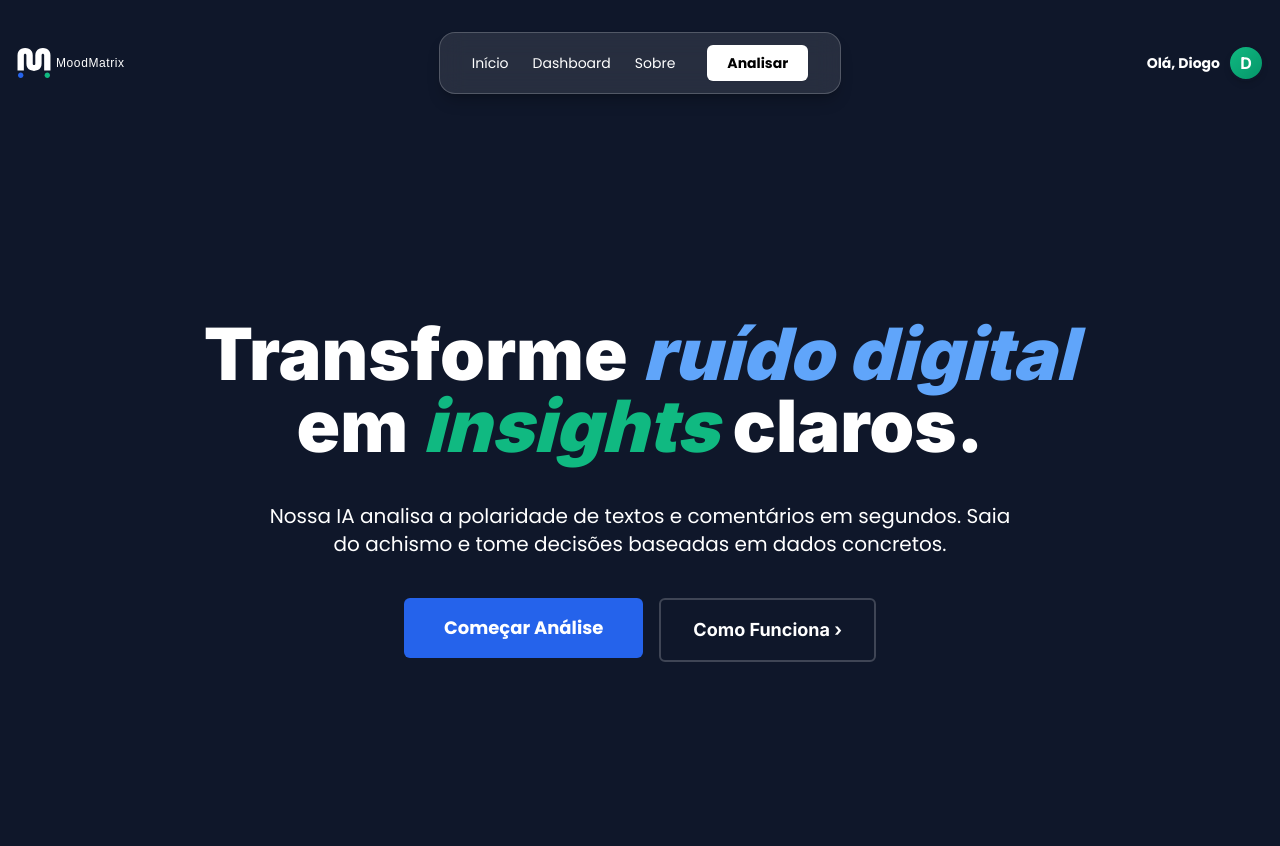
Repository: Hackaton-ONE/hackathon-Frontend
Page: /
These files come from the project's save history. The page is drawn as it stood at one moment and after the next save; the edit follows.
The browser window is 1280 px wide. The pictures show the whole page.
Some web fonts or font styles are not loaded; a fallback is used. The project was rebuilt for these pictures with package versions that can differ from the ones it lists, and the page was loaded fresh each time. The framework's server and built-in components were replaced by stand-ins that run in the browser. Also part of the build but not shown: next.config.ts.

Above is the page before, as saved 2026-01-02 10:15:32.

### app/layout.tsx
import type { Metadata } from "next";
import { Inter, Poppins, MuseoModerno } from "next/font/google"; // 1. Importar Poppins
import "./globals.css";
import { Navbar } from "@/components/Navbar";

// 2. Configurar Inter
const inter = Inter({
  subsets: ["latin"],
  variable: "--font-inter",
});

// 3. Configurar Poppins (Pesos comuns: 400, 600, 700)
const poppins = Poppins({
  weight: ['400', '600', '700'],
  subsets: ["latin"],
  variable: "--font-poppins",
});

const museo = MuseoModerno({
  subsets: ["latin"],
  variable: "--font-museo",
  display: "swap",
});

export const metadata: Metadata = {
  title: "MoodMatrix",
  description: "Análise de sentimentos com IA",
};

export default function RootLayout({
  children,
}: Readonly<{

  children: React.ReactNode;
}>) {
  return (
    <html lang="pt-br">
      {/* 4. Adicionar ambas as variáveis no body */}
      <body className={`${inter.variable} ${poppins.variable} ${museo.variable} bg-mood-dark text-white font-sans antialiased`}>
        <Navbar />
        {children}
      </body>
    </html>
  );
}

### app/page.tsx
import { HeroSection } from "../components/HeroSection";

export default function Home() {
  return (
    <main className="min-h-screen bg-mood-dark text-white selection:bg-neon-green selection:text-mood-dark">
      {/* A Navbar já está no layout.tsx, então não precisa repetir aqui se já colocou lá */}

      <HeroSection />

      {/* Aqui virão as próximas seções (Tech Stack, Benefícios, etc.) */}

    </main>
  );
}

### app/globals.css
@tailwind base;
@tailwind components;
@tailwind utilities;

/* Define o fundo padrão do site inteiro e a cor do texto */
body {
  background-color: #0F172A; /* mood.dark */
  color: #ffffff;
  min-height: 100vh;
}

/* Utilitário para o efeito de Vidro (Glassmorphism) */
.glass {
  background: rgba(30, 41, 59, 0.4); /* mood.gray com transparência */
  backdrop-filter: blur(12px);
  -webkit-backdrop-filter: blur(12px);
  border: 1px solid rgba(255, 255, 255, 0.1);
}

/* === PERSONALIZAÇÃO DA BARRA DE ROLAGEM === */

/* 1. Define a largura da barra */
::-webkit-scrollbar {
  width: 8px;
  height: 8px;
}

/* 2. Remove o fundo (Track) */
::-webkit-scrollbar-track {
  background: transparent;
}

/* 3. Cor da barra (Thumb)*/
::-webkit-scrollbar-thumb {
  background-color: #2563EB;
  border-radius: 9999px;
}

/* 4. Efeito ao passar o mouse */
::-webkit-scrollbar-thumb:hover {
  background-color: #60A5FA; /* blue-light */
}

/* 5. Remove as setas (Buttons) */
::-webkit-scrollbar-button {
  display: none;
}

### components/Navbar.tsx
"use client";

import Link from "next/link";
import { useState } from "react";
import { Menu, X } from "lucide-react";
import Image from "next/image";

// Componente NavLink (Link com sublinhado azul)
const NavLink = ({ href, children }: { href: string; children: React.ReactNode }) => (
  <Link
    href={href}
    className="relative group text-white transition-colors font-medium text-sm"
  >
    {children}
    <span className="absolute -bottom-1 left-0 w-0 h-[2px] bg-blue-default transition-all duration-300 ease-out group-hover:w-full" />
  </Link>
);

export function Navbar() {
  const [isOpen, setIsOpen] = useState(false);

  return (
    // Container Principal
    <div className="relative top-0 left-0 w-full z-50 px-4 py-8">

      <div className="max-w-[1600px] mx-auto flex justify-between items-center lg:grid lg:grid-cols-3">

        {/* =======================
            1. LOGO (Coluna 1 - Alinhado à Esquerda)
           ======================= */}
        <div className="flex justify-start">
          <Link href="/" className="flex items-center gap-1 z-50 group">
            <div className="relative w-8 h-8 lg:w-9 lg:h-9 flex items-center justify-center">
              <Image
                src="/logo.svg"
                alt="Logo MoodMatrix"
                fill
                className="object-contain"
              />
            </div>

            <span className="text-white font-medium text-xs font-museo tracking-wider">
              Mood<span>Matrix</span>
            </span>
          </Link>
        </div>

        {/* =======================
            2. PÍLULA CENTRAL (Coluna 2)
            MUDANÇA: 'hidden lg:flex'
            (Escondido em Tablet/Mobile, Flex em Notebook+)
           ======================= */}
        <div className="hidden lg:flex justify-center">
          <nav className="flex items-center gap-8 pl-8 pr-8 py-3 rounded-2xl bg-white/10 backdrop-blur-md border border-white/20 shadow-lg shadow-black/20">
            {/* Links */}
            <div className="flex items-center gap-6 font-poppins font-bold">
              <NavLink href="/">Início</NavLink>
              <NavLink href="/dashboard">Dashboard</NavLink>
              <NavLink href="#sobre">Sobre</NavLink>
            </div>

            {/* Botão Analisar */}
            <Link href="/analisar">
              <button className="bg-white hover:bg-neon-orange text-black font-poppins font-bold text-sm px-5 py-2 rounded-md transition-all duration-200 shadow-sm hover:shadow-md">
                Analisar
              </button>
            </Link>
          </nav>
        </div>

        {/* =======================
            3. AVATAR / MENU (Coluna 3 - Alinhado à Direita)
           ======================= */}
        <div className="flex justify-end items-center gap-4 z-50">

          {/* Avatar (Desktop) */}
          <div className="hidden lg:flex items-center gap-2 pl-4">
            <div className="text-right hidden lg:block">
              <p className="font-poppins text-sm font-bold text-white">Olá, Diogo</p>
            </div>
            <div className="w-9 h-9 rounded-full bg-gradient-to-br from-neon-green to-emerald-600 flex items-center justify-center text-white font-bold border-2 border-mood-dark shadow-md">
              D
            </div>
          </div>

          {/* Botão Hambúrguer (Mobile) */}
          <button
            onClick={() => setIsOpen(!isOpen)}
            className="lg:hidden text-white hover:text-neon-blue transition p-1"
          >
            {isOpen ? <X size={28} /> : <Menu size={28} />}
          </button>
        </div>

      </div>

      {/* =======================
          4. MENU MOBILE DROPDOWN
         ======================= */}
      {isOpen && (
        <div className="lg:hidden absolute top-24 left-4 right-4 z-40 bg-mood-dark/95 backdrop-blur-xl border border-white/10 rounded-2xl p-4 shadow-2xl animate-in fade-in slide-in-from-top-5">

          <div className="flex flex-col space-y-1">
            <Link href="/" onClick={() => setIsOpen(false)} className="block px-4 py-3 text-white/90 hover:text-white hover:bg-blue-default rounded-lg transition-colors text-sm font-medium">
              Início
            </Link>
            <Link href="/dashboard" onClick={() => setIsOpen(false)} className="block px-4 py-3 text-white/90 hover:text-white hover:bg-blue-default rounded-lg transition-colors text-sm font-medium">
              Dashboard
            </Link>
            <Link href="#sobre" onClick={() => setIsOpen(false)} className="block px-4 py-3 text-white/90 hover:text-white hover:bg-blue-default rounded-lg transition-colors text-sm font-medium">
              Sobre
            </Link>
          </div>

          <div className="my-3 border-t border-white/10" />

          <Link href="/analisar" onClick={() => setIsOpen(false)}>
            <button className="w-full bg-white hover:bg-neon-orange text-black border border-white/20 font-poppins font-bold text-sm py-3 rounded-lg transition-all duration-200">
              Analisar
            </button>
          </Link>

          <div className="mt-4 pt-4 border-t border-white/10 flex items-center gap-3">
            <div className="w-8 h-8 rounded-full bg-gradient-to-br from-neon-green to-emerald-600 flex items-center justify-center text-white font-bold text-xs">
              D
            </div>
            <div>
              <p className="text-sm font-bold text-white">Diogo</p>
              <p className="text-xs text-gray-400">diogo@exemplo.com</p>
            </div>
          </div>

        </div>
      )}
    </div>
  );
}

### components/HeroSection.tsx
import Link from "next/link";
import { Button } from "./Button"; // Importando seu botão personalizado

export function HeroSection() {
  return (
    <section className="relative pt-32 lg:pt-48 pb-20 px-4 overflow-hidden">

      {/* =========================================
          ELEMENTOS DECORATIVOS DE FUNDO (GLOWS)
          ========================================= */}

{/* 1. ELIPSE MAIOR (Direita/Topo)
          x: 946.5, y: -78.06 -> right-0 top-[-78px] (Ajustado para responsivo)
          w: 743.5, h: 817.56 -> w-[743px] h-[817px]
          fill: 60A5FA 30% -> bg-blue-light/30
          blur: 160 -> blur-[160px]
      */}
      <div
        className="
          absolute
          top-[-78px]
          right-[-100px] lg:right-[-50px] /* Ajuste fino para telas diferentes */
          w-[743px]
          h-[817px]
          bg-blue-light/30
          blur-[160px]
          rounded-full
          -z-10
          pointer-events-none
        "
      />

      {/* 2. ELIPSE MENOR (Esquerda/Baixo)
          x: -90, y: 546 -> left-[-90px] top-[546px]
          w: 282, h: 343 -> w-[282px] h-[343px]
          fill: 60A5FA 30% -> bg-blue-light/30
          blur: 160 -> blur-[160px]
      */}
      <div
        className="
          absolute
          top-[546px]
          left-[-90px]
          w-[282px]
          h-[343px]
          bg-blue-light/30
          blur-[160px]
          rounded-full
          -z-10
          pointer-events-none
        "
      />


      {/* =========================================
          CONTEÚDO PRINCIPAL
          ========================================= */}
      <div className="max-w-5xl mx-auto text-center flex flex-col items-center">

        {/* TÍTULO */}
        <h1 className="font-inter font-black text-4xl md:text-6xl lg:text-7xl leading-tight text-white mb-10">
          Transforme <span className="italic text-blue-light">ruído digital</span> <br className="hidden md:block" />
          em <span className="italic text-neon-green">insights</span> claros.
        </h1>

        {/* SUBTÍTULO */}
        <p className="font-poppins text-white text-base md:text-xl mb-10 max-w-3xl leading-relaxed">
          Nossa IA analisa a polaridade de textos e comentários em segundos.
          Saia do achismo e tome decisões baseadas em dados concretos.
        </p>

        {/* BOTÕES DE AÇÃO (CTA) */}
        <div className="flex flex-col sm:flex-row gap-4 w-full sm:w-auto">
          <Link href="/analisar">
            <Button variant="primary" className="w-full sm:w-auto text-lg px-8 lg:px-10 py-4 bg-blue-default hover:bg-neon-green font-poppins">
              Começar Análise
            </Button>
          </Link>

          <Link href="#como-funciona">
            <Button variant="outline" className="w-full sm:w-auto text-lg px-8 py-4">
              Como Funciona ›
            </Button>
          </Link>
        </div>

      </div>
    </section>
  );
}

### components/Button.tsx
import React from "react";

interface ButtonProps extends React.ButtonHTMLAttributes<HTMLButtonElement> {
  variant?: "primary" | "outline" | "ghost";
  children: React.ReactNode;
}

export function Button({ variant = "primary", className = "", children, ...props }: ButtonProps) {

  const baseStyles = "px-6 py-3 rounded-md font-bold transition-all duration-200 flex items-center justify-center gap-2 active:scale-[0.98]";

  const variants = {
    primary: "text-white active:translate-y-1",

    // Outline (Borda simples)
    outline: "bg-transparent border-2 border-white/20 text-white hover:bg-white/5 hover:border-white/40",

    // Ghost (Transparente)
    ghost:   "bg-transparent text-gray-400 hover:text-white hover:bg-white/5",
  };

  return (
    <button
      className={`${baseStyles} ${variants[variant]} ${className}`}
      {...props}
    >
      {children}
    </button>
  );
}

### tailwind.config.ts
/** @type {import('tailwindcss').Config} */
const config = {
  // Configuração de onde o Tailwind procura as classes
  content: [
    "./app/**/*.{js,ts,jsx,tsx,mdx}",
    "./pages/**/*.{js,ts,jsx,tsx,mdx}",
    "./components/**/*.{js,ts,jsx,tsx,mdx}",
    "./src/app/**/*.{js,ts,jsx,tsx,mdx}",
    "./src/pages/**/*.{js,ts,jsx,tsx,mdx}",
    "./src/components/**/*.{js,ts,jsx,tsx,mdx}",
  ],
  theme: {
    extend: {
      colors: {
        white: "#FFFFFF",
        mood: {
          dark: "#0F172A", // Fundo Azul Escuro
          nav: "#FFFFFF",  // Base para Navbar
        },
        blue: {
          light: "#60A5FA",   // Azul Claro
          default: "#2563EB", // Azul Padrão
          dark: "#1E3A8A",    // Azul Escuro
        },
        neon: {
          green: "#10B981",
          red: "#B91C1C",
          orange: "#F59E0B",
        },
      },
      fontFamily: {
        sans: ['var(--font-inter)', 'sans-serif'],
        poppins: ['var(--font-poppins)', 'sans-serif'],
        museo: ['var(--font-museo)', 'sans-serif'],
      },
      backgroundImage: {
        // Gradientes de Seta e Barra de Progresso
        'gradient-pos': 'linear-gradient(to right, #2563EB, #10B981)',
        'gradient-neg': 'linear-gradient(to right, #B91C1C, #F59E0B)',

        // Gradientes Sutis para os Cards (Glassmorphism)
        'card-blue': 'linear-gradient(180deg, rgba(255, 255, 255, 0) 0%, rgba(96, 165, 250, 0.05) 100%)',
        'card-green': 'linear-gradient(180deg, rgba(255, 255, 255, 0) 0%, rgba(16, 185, 129, 0.05) 100%)',
        'card-red': 'linear-gradient(180deg, rgba(255, 255, 255, 0) 0%, rgba(185, 28, 28, 0.05) 100%)',
        'card-orange': 'linear-gradient(180deg, rgba(255, 255, 255, 0) 0%, rgba(245, 158, 11, 0.05) 100%)', // NOVO
      }
    },
  },
  plugins: [],
};

export default config;

After the next save:
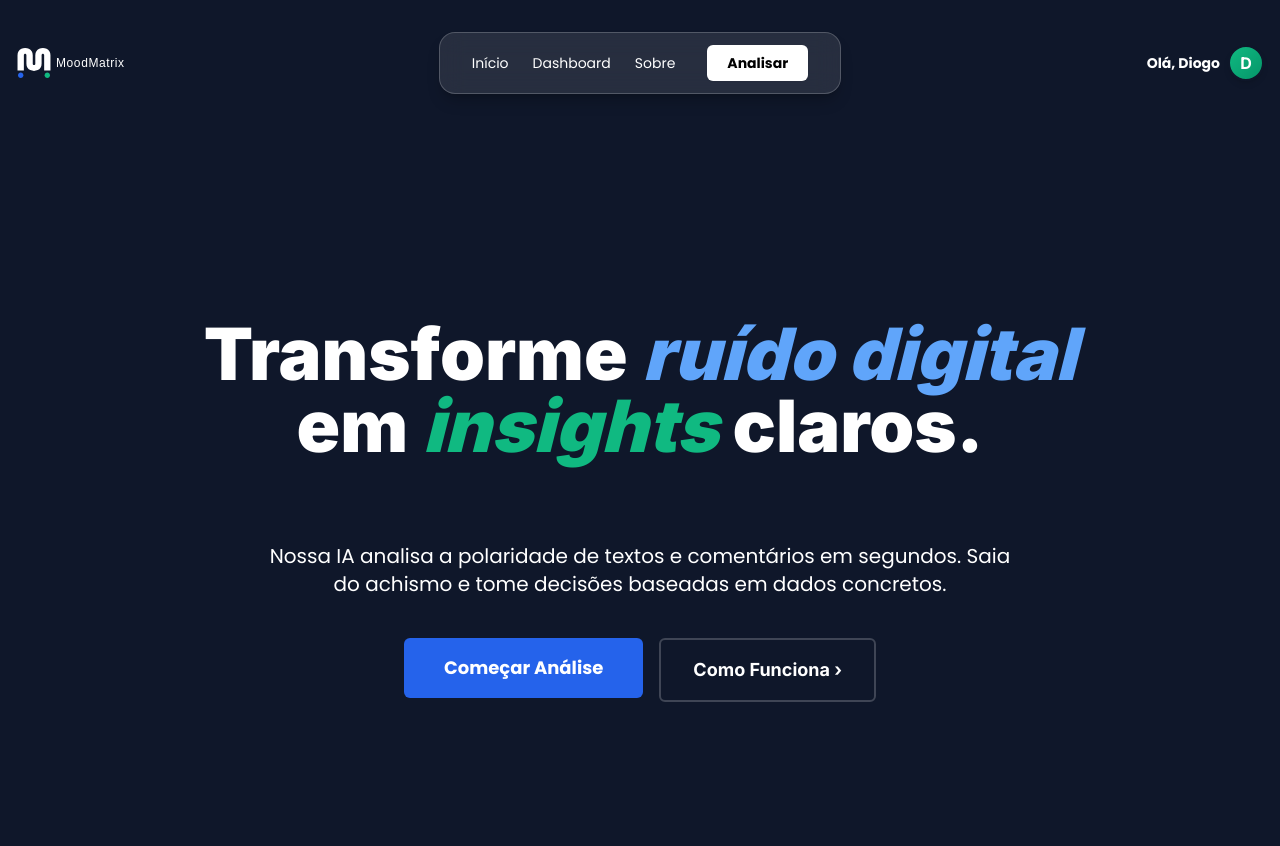
Saved 18 s later.
--- a/components/HeroSection.tsx
+++ b/components/HeroSection.tsx
@@ -58,7 +58,7 @@ export function HeroSection() {
       <div className="max-w-5xl mx-auto text-center flex flex-col items-center">
 
         {/* TÍTULO */}
-        <h1 className="font-inter font-black text-4xl md:text-6xl lg:text-7xl leading-tight text-white mb-10">
+        <h1 className="font-inter font-black text-4xl md:text-6xl lg:text-7xl leading-tight text-white mb-20">
           Transforme <span className="italic text-blue-light">ruído digital</span> <br className="hidden md:block" />
           em <span className="italic text-neon-green">insights</span> claros.
         </h1>
